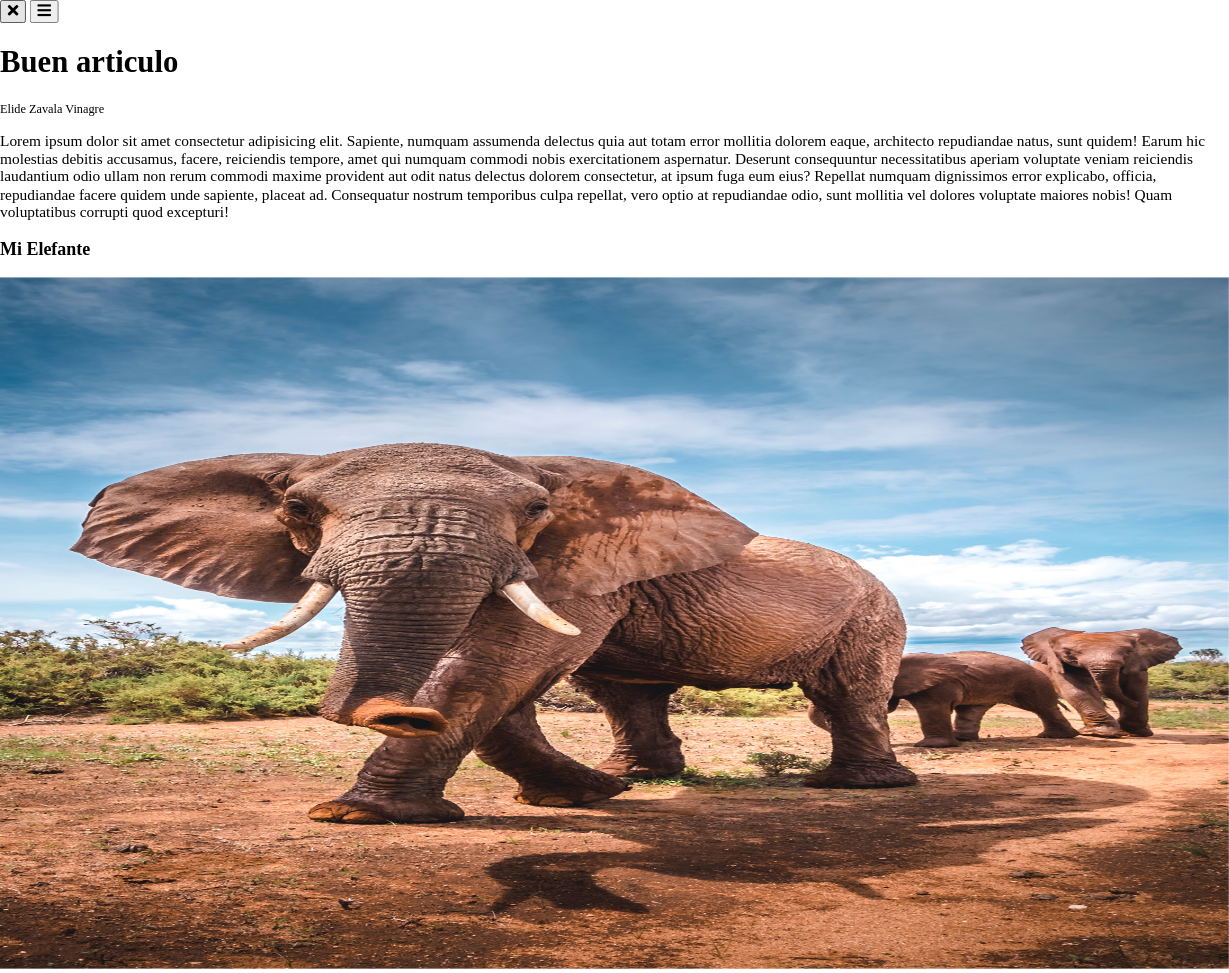
Repository: ElideZavala/Navagacion-en-rotacion
Page: index.html
The author's editor kept a copy of each file at every save. The page is drawn from the files as they stood at one save, then again after the next save.
The browser window is 1280 px wide. The pictures show the whole page, at 96% of full size.

Above is the page before, as saved 2021-05-29 07:56:51.

### index.html
<!DOCTYPE html>
<html lang="en">
<head>
	<meta charset="UTF-8">
	<meta http-equiv="X-UA-Compatible" content="IE=edge">
	<meta name="viewport" content="width=device-width, initial-scale=1.0">
	<link rel="stylesheet" href="https://cdnjs.cloudflare.com/ajax/libs/font-awesome/5.15.3/css/all.min.css" integrity="sha512-iBBXm8fW90+nuLcSKlbmrPcLa0OT92xO1BIsZ+ywDWZCvqsWgccV3gFoRBv0z+8dLJgyAHIhR35VZc2oM/gI1w==" crossorigin="anonymous" referrerpolicy="no-referrer" />
	<link rel="stylesheet" href="style.css">
	<link rel="stylesheet" href="normalize.css">
	<title>Navegación Giratoria</title>
</head>
<body>
	<div class="container">
		<div class="circle-container">
			<div class="circle">
				<button id="close">
					<i class="fas fa-times"></i>
				</button>
				<button id="open">
					<i class="fas fa-bars"></i>
				</button>
			</div>
		</div>

		<div class="content">
			<h1>Buen articulo</h1>
			<small>Elide Zavala Vinagre</small>
			<p>Lorem ipsum dolor sit amet consectetur adipisicing elit. Sapiente, numquam assumenda delectus quia aut totam error mollitia dolorem eaque, architecto repudiandae natus, sunt quidem! Earum hic molestias debitis accusamus, facere, reiciendis tempore, amet qui numquam commodi nobis exercitationem aspernatur. Deserunt consequuntur necessitatibus aperiam voluptate veniam reiciendis laudantium odio ullam non rerum commodi maxime provident aut odit natus delectus dolorem consectetur, at ipsum fuga eum eius? Repellat numquam dignissimos error explicabo, officia, repudiandae facere quidem unde sapiente, placeat ad. Consequatur nostrum temporibus culpa repellat, vero optio at repudiandae odio, sunt mollitia vel dolores voluptate maiores nobis! Quam voluptatibus corrupti quod excepturi!</p>

			<h3>Mi Elefante</h3>
			<img class="img" src="./Elefante.jpg" alt="" srcset="">
		</div>
	</div>



	<script src="./script.js"></script>
</body>
</html>

### style.css
body{
	box-sizing: border-box;
}

.img{
	width: 100vw;
	height: 100vh;
}

Loaded but not shown: normalize.css (library); script.js (no stored copy; drawn as an empty file)

After the next save:
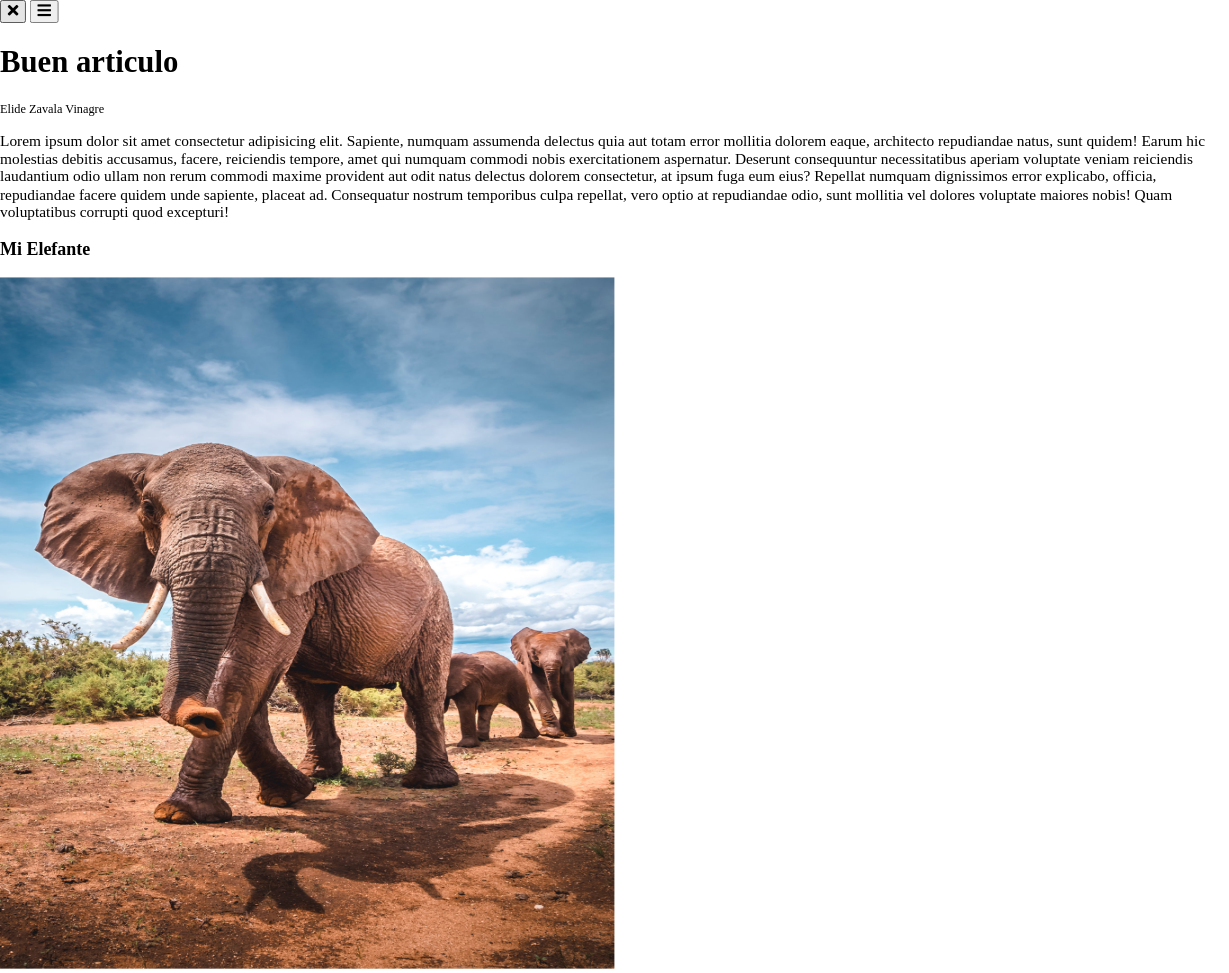
Saved 9 s later.
--- a/style.css
+++ b/style.css
@@ -3,6 +3,6 @@
 }
 
 .img{
-	width: 100vw;
+	width: 50vw;
 	height: 100vh;
 }

After the save that followed:
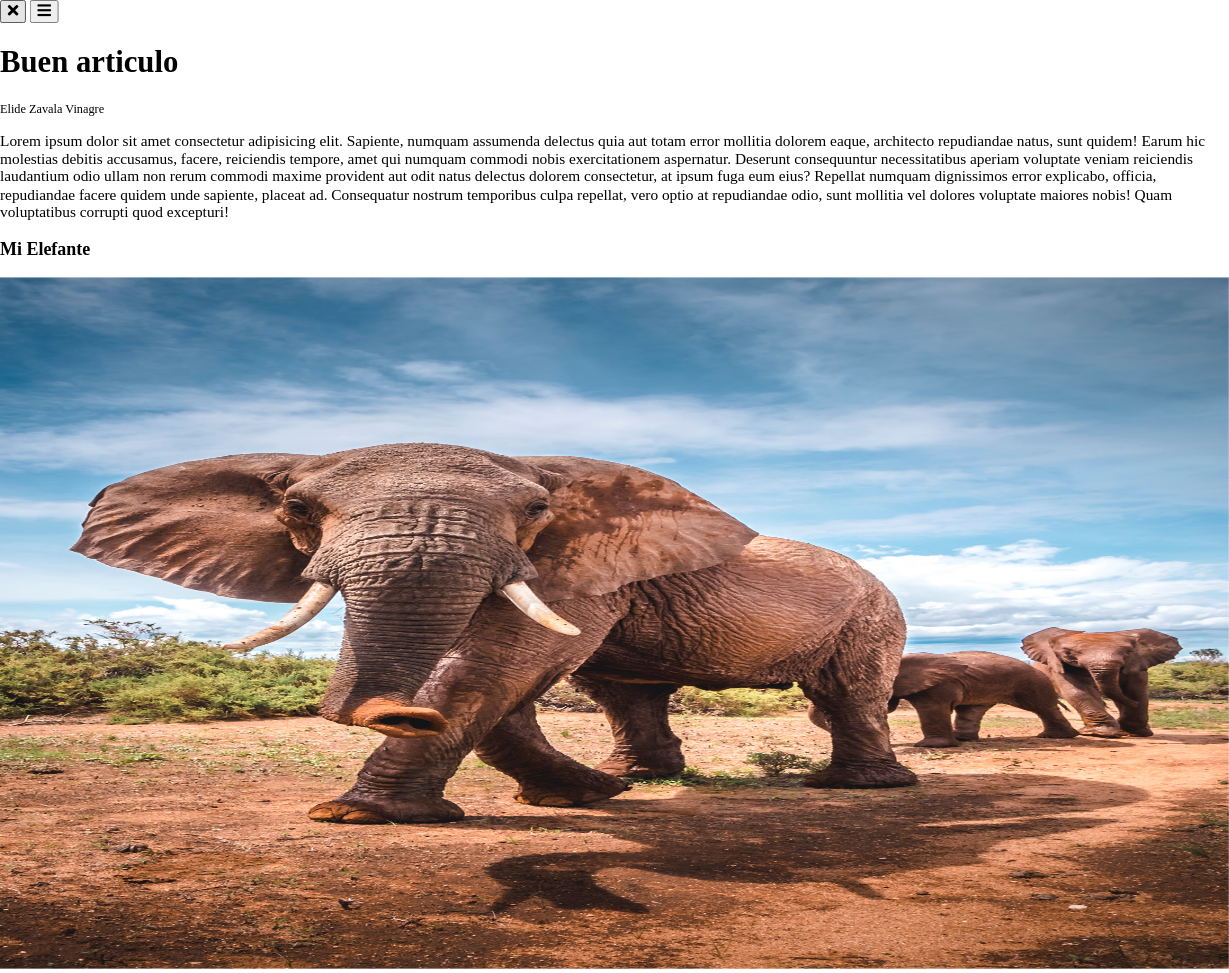
Saved 7 s later.
--- a/style.css
+++ b/style.css
@@ -3,6 +3,6 @@
 }
 
 .img{
-	width: 50vw;
+	width: 100vw;
 	height: 100vh;
 }
